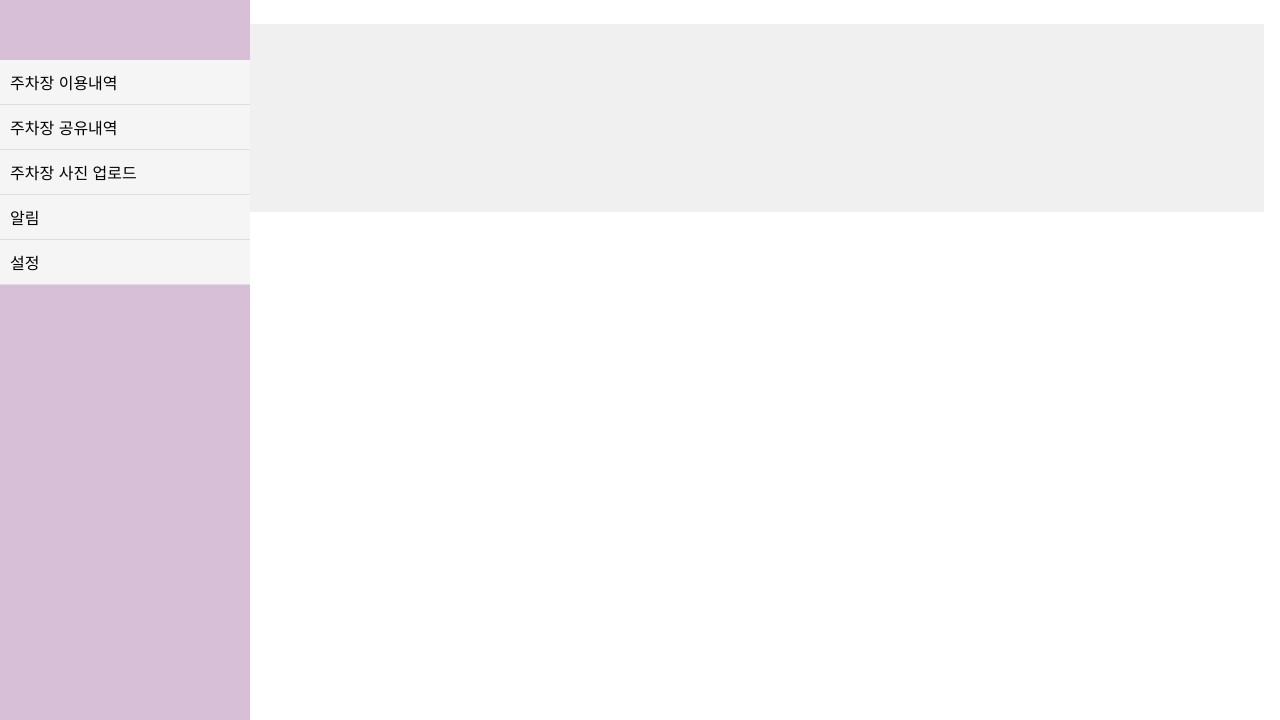
Repository: ohjjoa/reactTest
Page: /, after clicking the first element matching `img`
These files come from the project's save history. The page is drawn as it stood at one moment and after the next save; the edit follows.
The browser window is 1280 px wide. The pictures show the whole page.
The project was rebuilt for these pictures with package versions that can differ from the ones it lists, and the page was loaded fresh each time.

Above is the page before, as saved 2024-08-02 05:01:06.

After the next save:
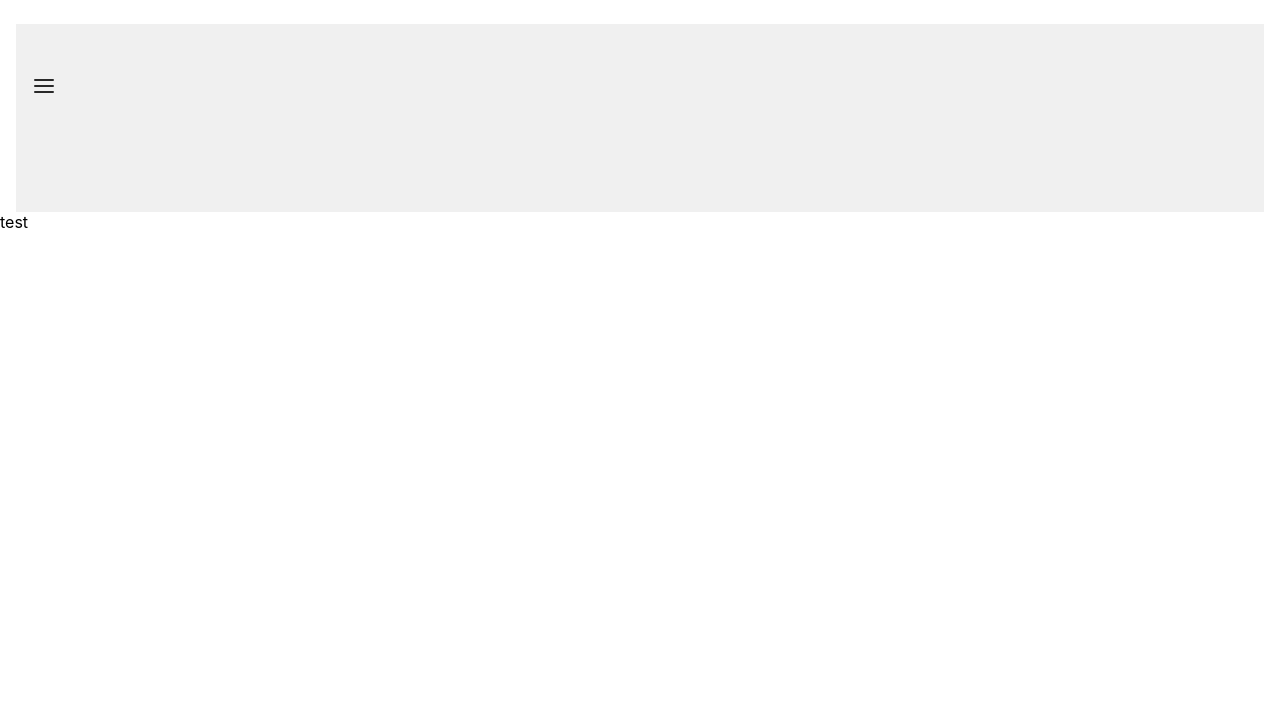
Saved 31 s later.
--- a/src/pages/Home/index.tsx
+++ b/src/pages/Home/index.tsx
@@ -96,7 +96,7 @@
             {Row}
           </List>
         </SidebarOpen>
-      )}
+      ) && <div>test</div>}
       {!sideBarOpen && (
         <Sidebar ref={sidebarRef}>
           <div>Sidebar Content</div>

After the save that followed:
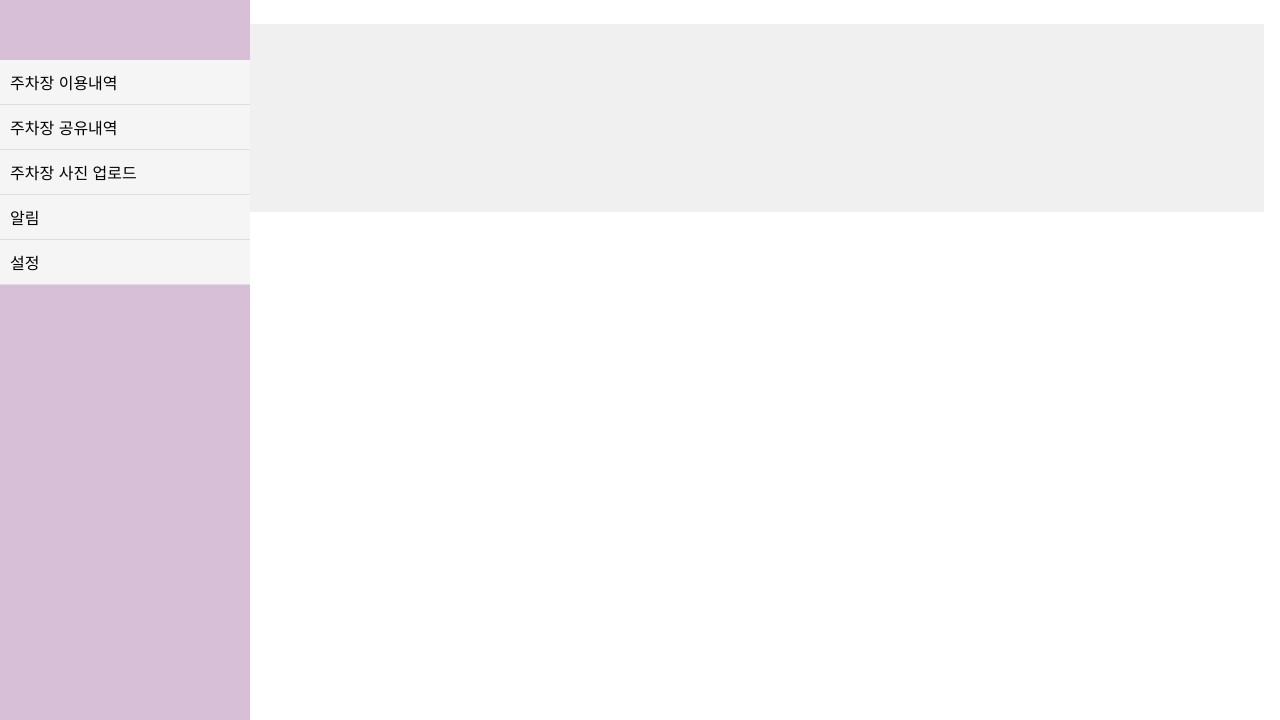
Saved 13 s later.
--- a/src/pages/Home/index.tsx
+++ b/src/pages/Home/index.tsx
@@ -96,7 +96,7 @@
             {Row}
           </List>
         </SidebarOpen>
-      ) && <div>test</div>}
+      )}
       {!sideBarOpen && (
         <Sidebar ref={sidebarRef}>
           <div>Sidebar Content</div>
